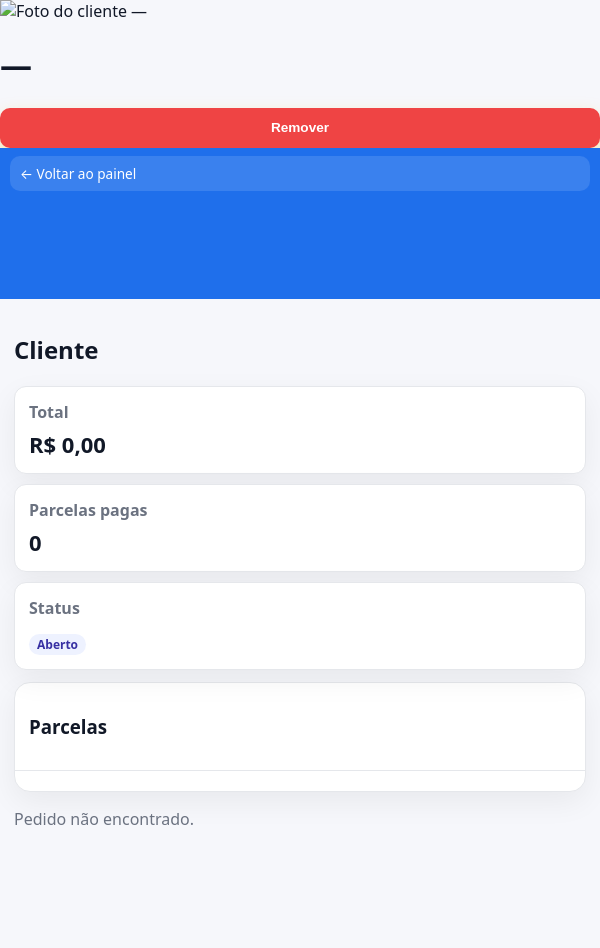
Repository: Rob-son-prog/NegocioSistema
Page: portal.html
The author's editor kept a copy of each file at every save. The page is drawn from the files as they stood at one save, then again after the next save.
The browser window is 600 px wide. The pictures show the whole page.

Above is the page before, as saved 2025-08-27 09:11:34.

After the next save:
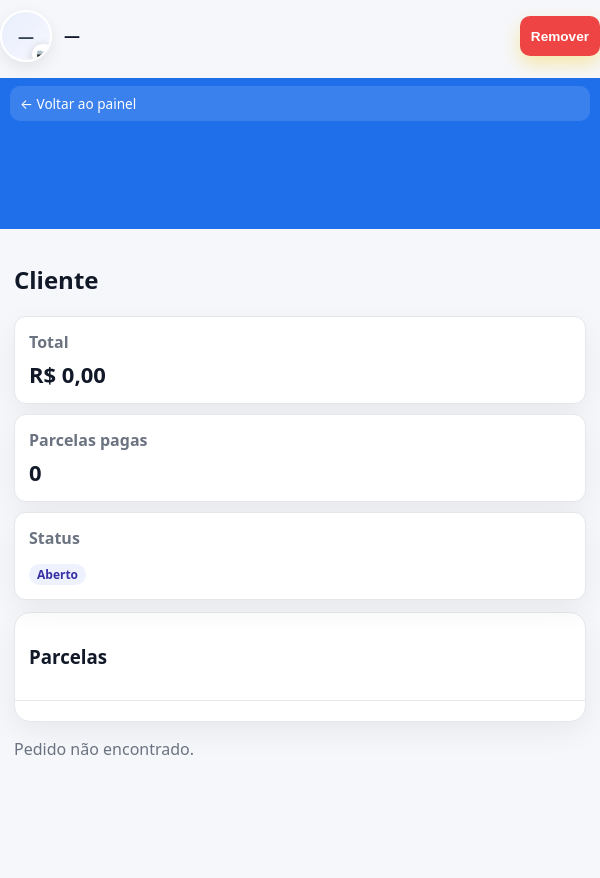
Saved 42 s later.
--- a/style.css
+++ b/style.css
@@ -679,40 +679,44 @@ body{margin:0;background:var(--bg);color:var(--ink);
 }
 
 /* ===== Capa do cliente (portal) ===== */
-/* ===== Avatar redondo no topo ===== */
-.profile-bar{
-  display:flex; align-items:center; gap:12px;
-  margin-bottom:14px;
-}
-.avatar{
-  position:relative;
-  width:72px; height:72px;
+/* ===== Cabeçalho do cliente (avatar + nome) ===== */
+.client-head{
+  display:grid;
+  grid-template-columns:auto 1fr auto; /* avatar | títulos | remover */
+  align-items:center;
+  gap:12px;
+  margin: 10px 0 16px;
+}
+
+.avatar-upload{
+  width:64px; height:64px;
   border-radius:50%;
   overflow:hidden;
+  position:relative;
+  display:grid; place-items:center;
+  background:linear-gradient(135deg,#e8eefc,#f7f7ff);
   border:2px solid #fff;
   box-shadow:0 6px 16px rgba(0,0,0,.08);
-  background:linear-gradient(135deg,#e8eefc,#f7f7ff);
-  display:grid; place-items:center;
-}
-.avatar img{
+  cursor:pointer;
+}
+.avatar-upload img{
   width:100%; height:100%; object-fit:cover; display:none;
 }
-.avatar span{
+.avatar-upload span{
   font-weight:800; color:#334155; user-select:none;
 }
-.avatar-btn{
+.avatar-upload::after{
+  content:"📷";
   position:absolute; right:-6px; bottom:-6px;
-  border-radius:999px; border:1px solid var(--line);
-  background:#fff; padding:4px 6px; font-size:12px;
-  box-shadow:0 2px 8px rgba(0,0,0,.15); cursor:pointer;
-}
-.avatar-actions{ margin-left:auto; }
-
-.who h1{ margin:0; font-size:1.1rem; }
-.who .muted{ margin-top:2px; }
-
-/* Mobile */
+  background:#fff; border:1px solid var(--line);
+  border-radius:999px; padding:2px 4px; font-size:12px;
+  box-shadow:0 2px 8px rgba(0,0,0,.15);
+}
+
+.client-titles h1{ margin:0; font-size:1.1rem; }
+.client-titles .muted{ margin-top:2px; }
+
 @media (max-width:760px){
-  .avatar{ width:56px; height:56px; }
-  .who h1{ font-size:1rem; }
-}
+  .avatar-upload{ width:52px; height:52px; }
+  .client-titles h1{ font-size:1rem; }
+}
